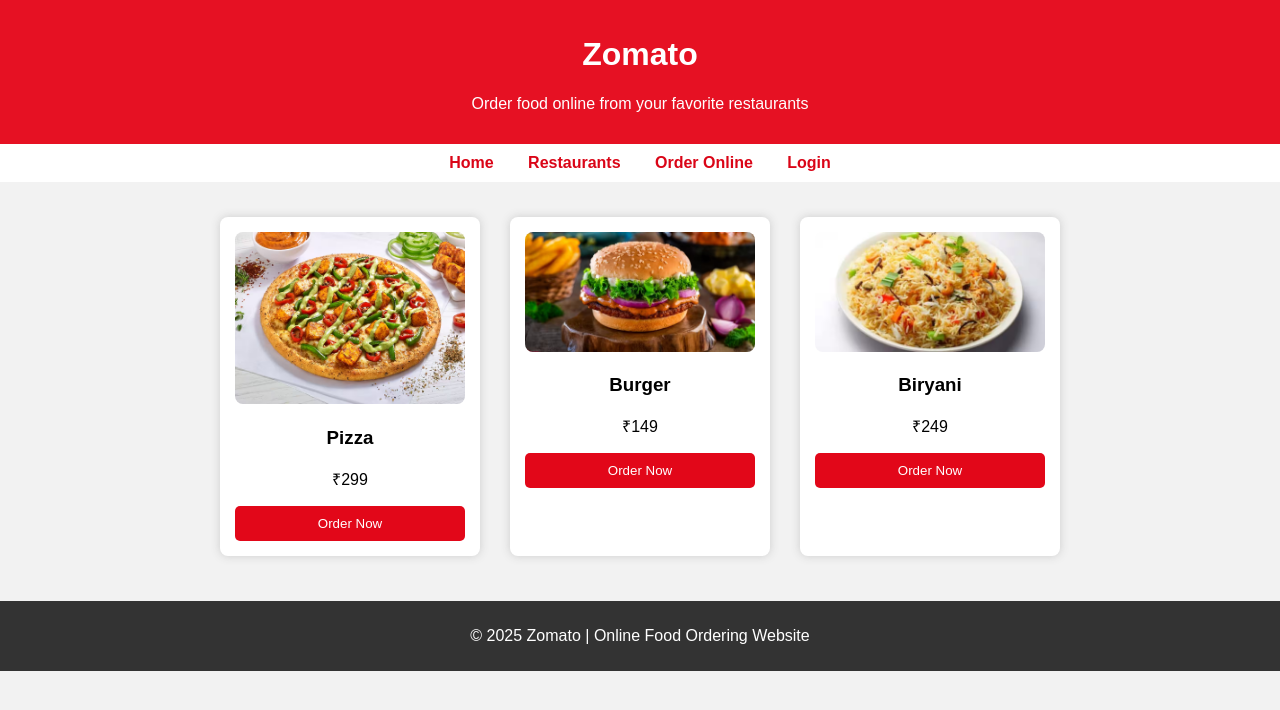
Repository: Glory998/ELCE1-32
Page: zomatoproject.html
The author's editor kept a copy of each file at every save. The page is drawn from the files as they stood at one save, then again after the next save.
The browser window is 1280 px wide. The pictures show the whole page.

Above is the page before, as saved 2025-12-16 02:38:21.

After the next save:
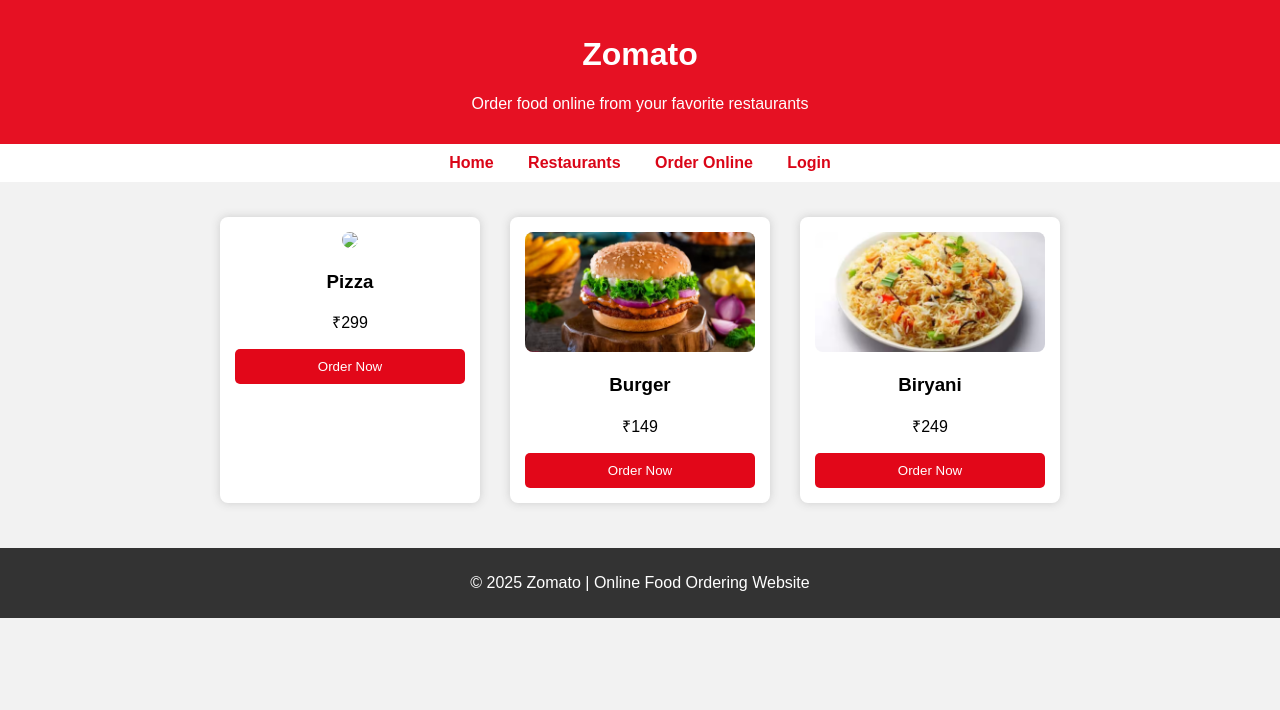
Not found: pizza
Saved 117 s later.
--- a/zomatoproject.html
+++ b/zomatoproject.html
@@ -96,7 +96,7 @@
     <div class="container">
 
         <div class="food-card">
-            <img src="pizza image.avif">
+            <img src=pizza picture.jpg">
             <h3>Pizza</h3>
             <p>₹299</p>
             <button>Order Now</button>

After the 2 saves that followed:
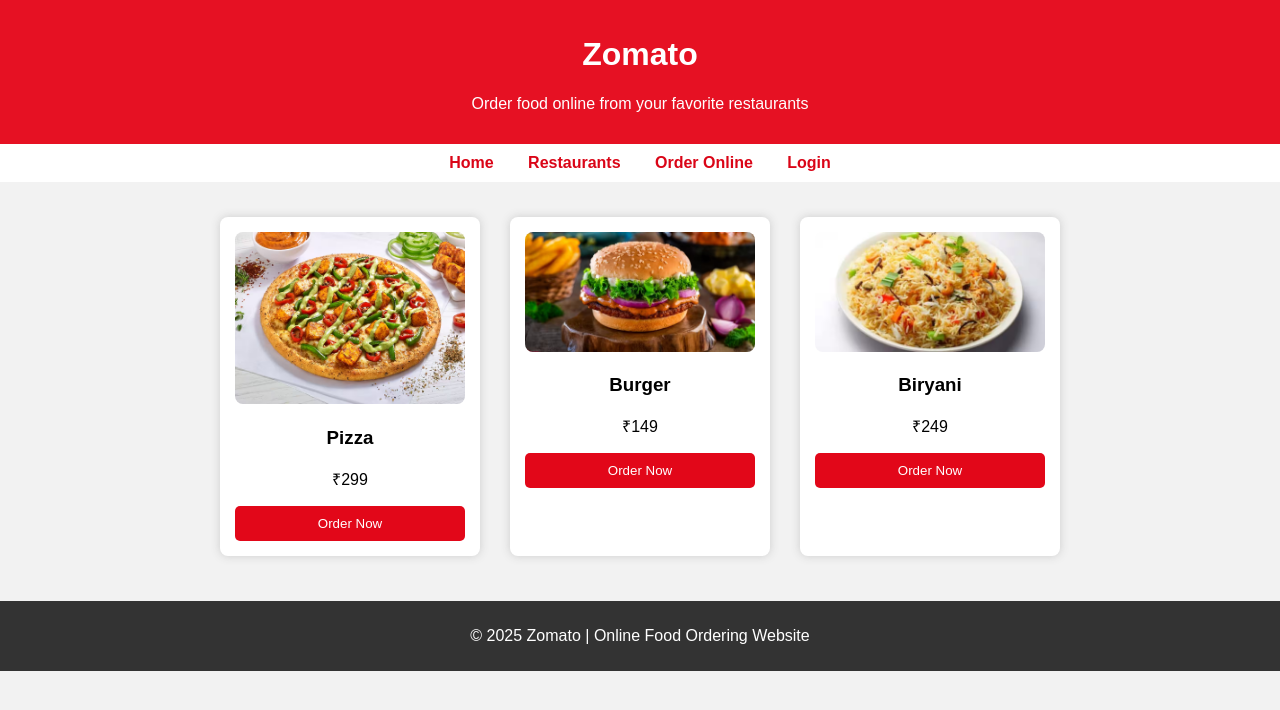
The 2 saves are shown as one change because 1 left the picture as it was.
The last was saved 2 min 32 s later.
--- a/zomatoproject.html
+++ b/zomatoproject.html
@@ -96,7 +96,7 @@
     <div class="container">
 
         <div class="food-card">
-            <img src=pizza picture.jpg">
+            <img src="pizza image.avif">
             <h3>Pizza</h3>
             <p>₹299</p>
             <button>Order Now</button>
